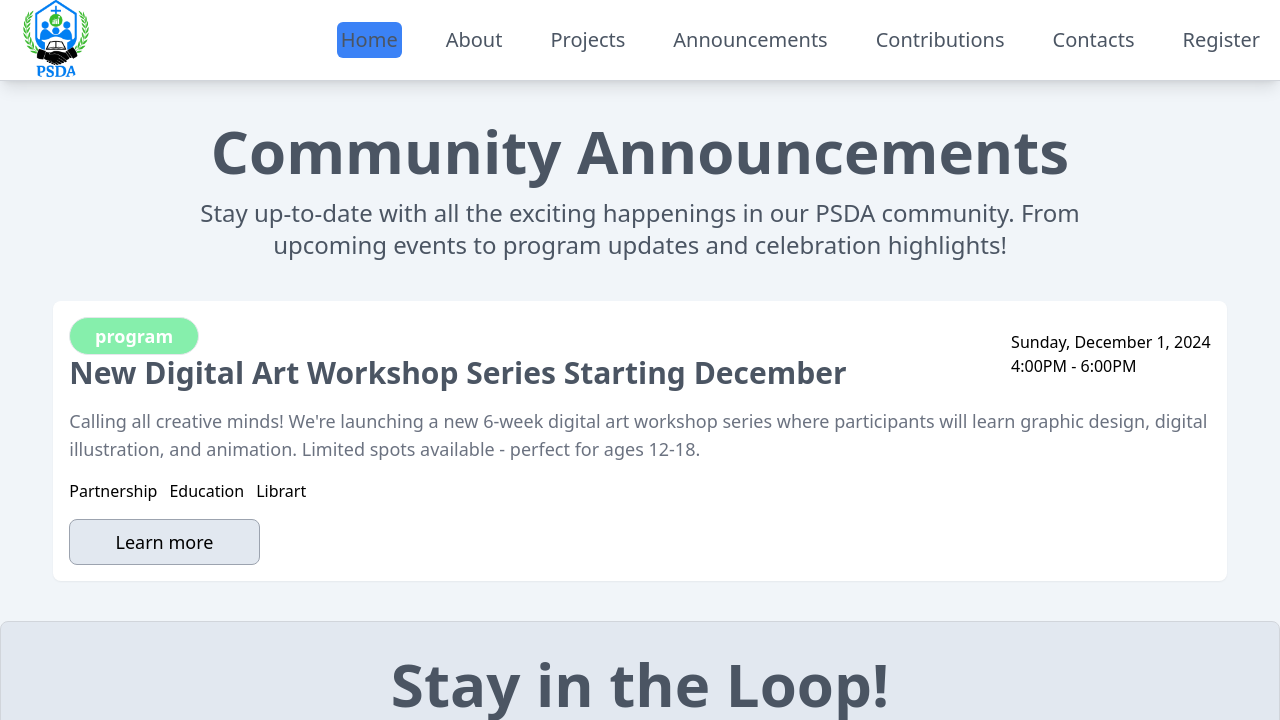
Repository: Zedestar/psda
Page: /announcements
An editor plug-in stored every save of this project. The page is shown before and after the next save, followed by the edit.
The browser window is 1280 px wide. The pictures show the whole page.
An inner scrolling area shows only its first screen. The project was rebuilt for these pictures with package versions that can differ from the ones it lists, and the page was loaded fresh each time. Also part of the build but not shown: src/components/cards/primary-card.jsx, src/components/cards/two-lines-card.jsx, src/components/homepic/index.jsx, src/pages/home/what-we-do.js, src/pages/home/home.jsx, src/components/cards/leaders-card.jsx, src/components/cards/secondary-card.jsx, src/pages/about/about-us-data.js and 13 more.

Above is the page before, as saved 2025-07-21 19:20:15.

### public/index.html
<!DOCTYPE html>
<html lang="en">
  <head>
    <meta charset="utf-8" />
    <link rel="icon" href="%PUBLIC_URL%/favicon.ico" />
    <meta name="viewport" content="width=device-width, initial-scale=1" />
    <meta name="theme-color" content="#000000" />
    <meta
      name="description"
      content="Web site created using create-react-app"
    />
    <!-- <link rel="apple-touch-icon" href="%PUBLIC_URL%/psdaImage.png" /> -->
    <!-- <link rel="manifest" href="%PUBLIC_URL%/manifest.json" /> -->

    <title>psda</title>
  </head>
  <body>
    <noscript>You need to enable JavaScript to run this app.</noscript>
    <div id="root"></div>

  </body>
</html>

### src/index.js
import React from "react";
import ReactDOM from "react-dom/client";
import App from "./App";
import "./index.css";
import { BrowserRouter } from "react-router-dom";

const root = ReactDOM.createRoot(document.getElementById("root"));
root.render(
  <BrowserRouter>
    <React.StrictMode>
      <App />
    </React.StrictMode>
  </BrowserRouter>
);

### src/App.js
import { Route, Routes } from "react-router-dom";
import Header from "./components/header/header";
import Home from "./pages/home/home";
import AboutPage from "./pages/about/about";
import Projects from "./pages/projects/projects";
import Announcements from "./pages/announcements/announcements";
import Contributions from "./pages/contirbutions/contributions";
import Contacts from "./pages/contacts/contacts";
import Register from "./pages/register/register.jsx";

function App() {
  return (
    <div className="flex flex-col items-center flex-center h-screen  bg-slate-100">
      <Header />
      <Routes>
        <Route path="/" element={<Home />} />
        <Route path="/about" element={<AboutPage />} />
        <Route path="/projects" element={<Projects />} />
        <Route path="/announcements" element={<Announcements />} />
        <Route path="/contributions" element={<Contributions />} />
        <Route path="/contact" element={<Contacts />} />
        <Route path="/register" element={<Register />} />
      </Routes>
    </div>
  );
}

export default App;

### src/components/header/header.jsx
import { useState } from "react";
import headerData from "./header-data";
import HeaderItem from "./header-item";
import psdaImage from "../../assets/images/psdaImage.png";

function Header() {
  const [active, setActive] = useState(1);
  return (
    <div className="w-full flex justify-center shadow-lg bg-white">
      <header className="w-full flex items-center justify-between px-4  border-b border-b-gray-300 max-w-screen-2xl">
        <div className="text-3xl rounded-full overflow-hidden">
          <img className="h-20 w-20" src={psdaImage} alt="" />
        </div>{" "}
        <ul className="hidden lg:flex justify-center py-5 space-x-10 flex-center">
          {headerData.map((item) => (
            <HeaderItem
              key={item.id}
              item={item}
              active={active}
              setActive={setActive}
            />
          ))}
        </ul>
        <ul className="lg:hidden">
          <li>miaaa</li>
          <li>miaaa</li>
          <li>miaaa</li>
          <li>miaaa</li>
          <li>miaaa</li>
        </ul>
      </header>
    </div>
  );
}

export default Header;

### src/pages/announcements/announcements.jsx
import Container from "../../components/container";
import MinContainer from "../../components/min-container/min-container.jsx";
import MinContianerInsideContent from "../../components/min-container/min-container-inside-content.jsx";
import announcements_face_card_data from "./announcemntes.-face-card-data.js";
import stay_updated_content_data from "./stay-updated-content-data.js";
import FaceCard from "../../components/cards/face-card";
import FullRoundedButton from "../../components/button/full-rounded-button.jsx";
import AnnouncementCard from "../../components/cards/announcement-card.jsx";

function Announcements() {
  return (
    <Container>
      {announcements_face_card_data.map((item) => (
        <FaceCard item={item} />
      ))}
      <AnnouncementCard />
      <MinContainer>
        {stay_updated_content_data.map((item) => (
          <FaceCard item={item} />
        ))}
        <MinContianerInsideContent>
          <form className="flex">
            <input
              className="rounded-full border-2 border-gray-400 text-xl flex items-center justify-center active:border-blue-400 "
              placeholder="Enter your email"
            />
            <FullRoundedButton text={"Subscribe"} />
          </form>
        </MinContianerInsideContent>
      </MinContainer>
    </Container>
  );
}

export default Announcements;

### src/components/header/header-data.js
const headerData = [
  {
    id: 1,
    content: "Home",
    link: "/",
  },
  {
    id: 2,
    content: "About",
    link: "/about",
  },
  {
    id: 3,
    content: "Projects",
    link: "/projects",
  },
  {
    id: 4,
    content: "Announcements",
    link: "/announcements",
  },
  {
    id: 5,
    content: "Contributions",
    link: "/contributions",
  },
  {
    id: 6,
    content: "Contacts",
    link: "/contact",
  },
  {
    id: 7,
    content: "Register",
    link: "/register",
  },
];

export default headerData;

### src/components/header/header-item.jsx
import { Link } from "react-router-dom";

function HeaderItem({ item, active, setActive }) {
  console.log(active);
  return (
    <li
      className={`p-1 rounded-md text-xl text-gray-600 font-gray-100 hover:bg-gray-200 transition cursor-pointer ${
        item.id === active ? "bg-blue-500" : ""
      }`}
      onClick={() => setActive(item.id)}
    >
      <Link to={item.link}>{item.content}</Link>
    </li>
  );
}

export default HeaderItem;

### src/pages/home/psda-highlights.js
import {
  FaUsers,
  FaPalette,
  FaLaptopCode,
  //   GiProgression,
  FaChild,
} from "react-icons/fa";

const psdaHighlights = [
  {
    id: 1,
    title: "Community Building",
    content:
      "We connect young people to form lasting friendships and supportive peer networks that strengthen communities.",
    icon: <FaUsers className="text-4xl text-blue-400" />,
    color: "bg-blue-50",
    text_color: "text-gray-500",
  },
  {
    id: 2,
    title: "Creative Projects",
    content:
      "Our programs encourage hands-on learning through art, technology, and community improvement initiatives.",
    icon: <FaPalette className="text-4xl text-blue-400" />,
    color: "bg-blue-50",
    text_color: "text-gray-500",
  },
  {
    id: 3,
    title: "Character Development",
    content:
      "We help children build confidence, leadership skills, and positive values that prepare them for life’s challenges.",
    icon: <FaLaptopCode className="text-4xl text-blue-400" />,
    color: "bg-blue-50",
    text_color: "text-gray-500",
  },
  {
    id: 4,
    title: "Achievement Recognition",
    content:
      "We celebrate every milestone and accomplishment to inspire pride, motivation, and continued growth.",
    icon: <FaChild className="text-4xl text-blue-400" />,
    color: "bg-blue-50",
    text_color: "text-gray-500",
  },
];

export default psdaHighlights;

### src/components/button/full-rounded-button.jsx
function FullRoundedButton({ text, bgColor, textColor, onClick }) {
  return (
    <button
      className={`${bgColor} p-4 mx-4 ${textColor} text-2xl border border-gray-50 rounded-full hover:scale-105 transition duration:300`}
      onClick={onClick}
    >
      {text}{" "}
    </button>
  );
}

export default FullRoundedButton;

### src/components/cards/face-card.jsx
function FaceCard({ item }) {
  return (
    <div className="space-y-4 flex flex-col items-center justify-center">
      <p className="text-6xl w-[80%] font-bold text-gray-600 text-center">
        {item.title}
      </p>
      <p className="text-2xl w-[70%] text-center text-gray-600">
        {item.description}
      </p>
    </div>
  );
}

export default FaceCard;

### src/components/container/index.jsx
function Container({ children }) {
  return (
    <div className="w-full h-full flex justify-center overflow-x-scroll">
      <div className="w-full h-full py-10 space-y-10 max-w-screen-2xl flex flex-col items-center">
        {children}
      </div>
    </div>
  );
}

export default Container;

### src/pages/about/core-objective-goals-data.js
import {
  AiOutlineTeam,
  AiOutlineBulb,
  AiOutlineTool,
  AiOutlineStar,
  AiOutlineGift,
} from "react-icons/ai";

const core_objectives_data = [
  {
    id: 1,
    title: "Fellowship and Networking",
    content:
      "To foster strong, lasting relationships among pastors' children by encouraging unity, love, and mutual support within the community.",
    icon: <AiOutlineTeam className="text-4xl text-teal-500" />,
    color: "bg-teal-50",
    text_color: "text-teal-500",
  },
  {
    id: 2,
    title: "Opportunity Awareness",
    content:
      "To actively seek out and share opportunities for growth, development, and advancement—both spiritually and economically.",
    icon: <AiOutlineBulb className="text-4xl text-purple-500" />,
    color: "bg-purple-50",
    text_color: "text-purple-500",
  },
  {
    id: 3,
    title: "Problem Solving",
    content:
      "To openly discuss and confront common challenges we face as a community, and work hand in hand to find sustainable solutions.",
    icon: <AiOutlineTool className="text-4xl text-yellow-500" />,
    color: "bg-yellow-50",
    text_color: "text-yellow-500",
  },
  {
    id: 4,
    title: "Talent Discovery & Development",
    content:
      "To identify, nurture, and empower the God-given talents within us, enabling every member to reach their full potential.",
    icon: <AiOutlineStar className="text-4xl text-pink-500" />,
    color: "bg-pink-50",
    text_color: "text-pink-500",
  },
  {
    id: 5,
    title: "Support for Our Parents",
    content:
      "To express gratitude and honor our pastoral parents by supporting them in practical ways—spiritually, emotionally, and materially.",
    icon: <AiOutlineGift className="text-4xl text-red-500" />,
    color: "bg-red-50",
    text_color: "text-red-500",
  },
];

export default core_objectives_data;

### src/pages/about/mission-vission-impact.js
import { AiOutlineAim, AiOutlineEye, AiOutlineHeart } from "react-icons/ai";

const mission_vission_impact_data = [
  {
    id: 1,
    title: "Our mission",
    content:
      "We envision a generation of spiritually grounded, socially responsible, and purpose-driven leaders from pastoral families who carry forward a legacy of faith, compassion, and community influence.",

    icon: <AiOutlineAim className="text-4xl text-green-500" />,
    color: "bg-green-50",
    text_color: "text-green-500",
  },
  {
    id: 2,
    title: "Our vision",
    content:
      "We exist to empower pastors’ children through mentorship, discipleship, skill-building, and fellowship—equipping them to thrive in every area of life and fulfill their divine calling.",
    icon: <AiOutlineEye className="text-4xl text-blue-500" />,
    color: "bg-blue-50",
    text_color: "text-blue-500",
  },
  {
    id: 3,
    title: "Our impact",
    content:
      "Through impactful programs and community-building initiatives, P.S.D.A. is restoring identity, building leadership, and inspiring pastors’ children to walk boldly in purpose while honoring their heritage.",
    icon: <AiOutlineHeart className="text-4xl text-orange-400" />,
    color: "bg-orange-50",
    text_color: "text-orange-500",
  },
];

export default mission_vission_impact_data;

### src/components/min-container/min-container.jsx
function MinContaier({ children }) {
  return (
    <div className="bg-slate-200 py-8 rounded-lg space-y-4 hover:shadow-xl border border-gray-300 transition">
      {children}
    </div>
  );
}

export default MinContaier;

### src/components/min-container/min-container-inside-content.jsx
function MinContianerInsideContent({ children }) {
  return (
    <div className="flex items-center justify-center my-2">{children}</div>
  );
}

export default MinContianerInsideContent;

### src/pages/announcements/announcemntes.-face-card-data.js
const announcements_face_card_data = [
  {
    title: "Community Announcements",
    description:
      "Stay up-to-date with all the exciting happenings in our PSDA community. From upcoming events to program updates and celebration highlights!",
  },
];

export default announcements_face_card_data;

### src/pages/announcements/stay-updated-content-data.js
const stay_updated_content_data = [
  {
    title: "Stay in the Loop!",
    description:
      "Never miss an important announcement. Subscribe to our newsletter for weekly updates and exclusive community insights delivered right to your inbox.",
  },
];

export default stay_updated_content_data;

### src/components/cards/announcement-card.jsx
function AnnouncementCard() {
  return (
    <div className="flex flex-col bg-white mx-4 p-4 rounded-lg shadow-sm hover:shadow-lg hover:scale-105 transition w-11/12 space-y-4">
      <div className="flex items-center justify-between space-x-2  ">
        <div>
          <p className="bg-green-300 text-lg font-semibold border border-gray-200 p-1 w-2/12 flex items-center justify-center rounded-full text-white">
            program
          </p>
          <p className="text-3xl font-bold text-gray-600">
            New Digital Art Workshop Series Starting December
          </p>
        </div>
        <div>
          <p>Sunday, December 1, 2024</p>
          <p>4:00PM - 6:00PM</p>
        </div>
      </div>
      <div>
        <p className="text-lg text-gray-500">
          Calling all creative minds! We're launching a new 6-week digital art
          workshop series where participants will learn graphic design, digital
          illustration, and animation. Limited spots available - perfect for
          ages 12-18.
        </p>
      </div>
      <div className="flex space-x-3">
        <p>Partnership</p>
        <p>Education</p>
        <p>Librart</p>
      </div>
      <button className="w-2/12 py-2 rounded-lg text-lg bg-slate-200 hover:bg-blue-400 transition border border-gray-400">
        Learn more{" "}
      </button>
    </div>
  );
}

export default AnnouncementCard;

### tailwind.config.js
/** @type {import('tailwindcss').Config} */
module.exports = {
  content: ["./src/**/*.{js,jsx,ts,tsx}"],
  theme: {
    extend: {
      colors: {
        psdaGreen: "#1A8F57",
      },
    },
  },
  plugins: [],
};

Loaded but not shown: src/index.css (common file); src/components/homepic/index.css (no stored copy; drawn as an empty file)

After the next save:
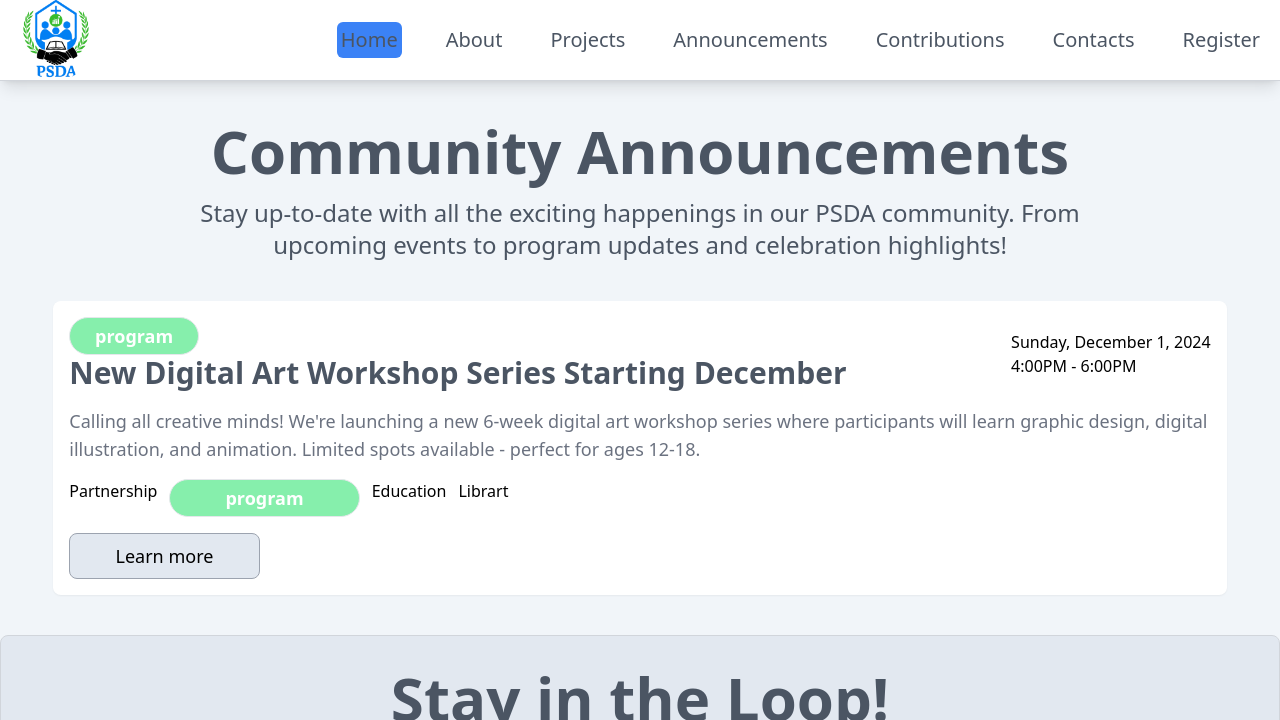
Saved 3 min 21 s later.
--- a/src/components/cards/announcement-card.jsx
+++ b/src/components/cards/announcement-card.jsx
@@ -1,4 +1,6 @@
 function AnnouncementCard() {
+  const instensity = [100, 200, 50, 500, 300, 400, 600, 700, 800, 900];
+  const colors = ["rose", "green", "blue", "orange", "violent"];
   return (
     <div className="flex flex-col bg-white mx-4 p-4 rounded-lg shadow-sm hover:shadow-lg hover:scale-105 transition w-11/12 space-y-4">
       <div className="flex items-center justify-between space-x-2  ">
@@ -25,6 +27,9 @@ function AnnouncementCard() {
       </div>
       <div className="flex space-x-3">
         <p>Partnership</p>
+        <p className="bg-green-300 text-lg font-semibold border border-gray-200 p-1 w-2/12 flex items-center justify-center rounded-full text-white">
+          program
+        </p>
         <p>Education</p>
         <p>Librart</p>
       </div>
